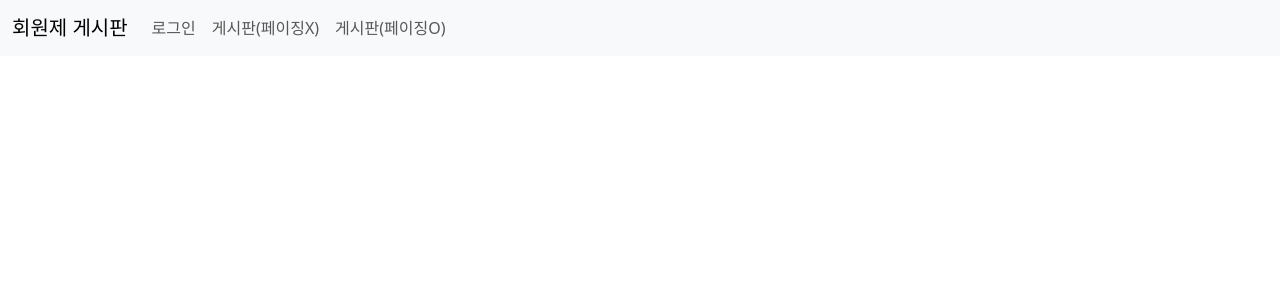
Repository: jungwoonAn/jsp_basic
Page: http://localhost/MustHaveJSP/BS_Board/List.jsp
These files come from the project's save history. The page is drawn as it stood at one moment and after the next save; the edit follows.
The browser window is 1280 px wide. The pictures show the whole page.
The page is served by Tomcat 10.

Above is the page before, as saved 2024-10-23 01:35:21.

After the next save:
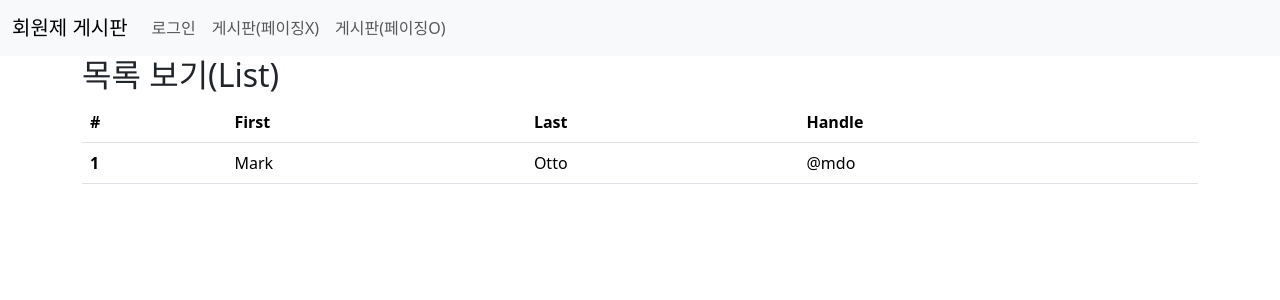
Saved 2 min 48 s later.
--- a/MustHaveJSP/src/main/webapp/BS_Board/List.jsp
+++ b/MustHaveJSP/src/main/webapp/BS_Board/List.jsp
@@ -10,6 +10,31 @@
 <body>
 	<jsp:include page="../Common/BSLink.jsp" />
 
+	<div class="container">
+		<h2>목록 보기(List)</h2>
+		<!-- 검색 폼 -->
+		<!-- form태그에 action이 없으면 어디로?? => 직전화면으로 이동 -->
+		<form method="get">
+			<table class="table">
+				<thead>
+				    <tr>
+					      <th scope="col">#</th>
+					      <th scope="col">First</th>
+					      <th scope="col">Last</th>
+					      <th scope="col">Handle</th>
+				    </tr>
+				</thead>
+				<tbody>
+				    <tr>
+					      <th scope="row">1</th>
+					      <td>Mark</td>
+					      <td>Otto</td>
+					      <td>@mdo</td>
+				    </tr>
+				</tbody>
+			</table>
+		</form>
+	</div>
 
 	<script src="https://cdn.jsdelivr.net/npm/@popperjs/core@2.11.8/dist/umd/popper.min.js"></script>
 	<script src="https://cdn.jsdelivr.net/npm/bootstrap@5.3.3/dist/js/bootstrap.min.js"></script>
